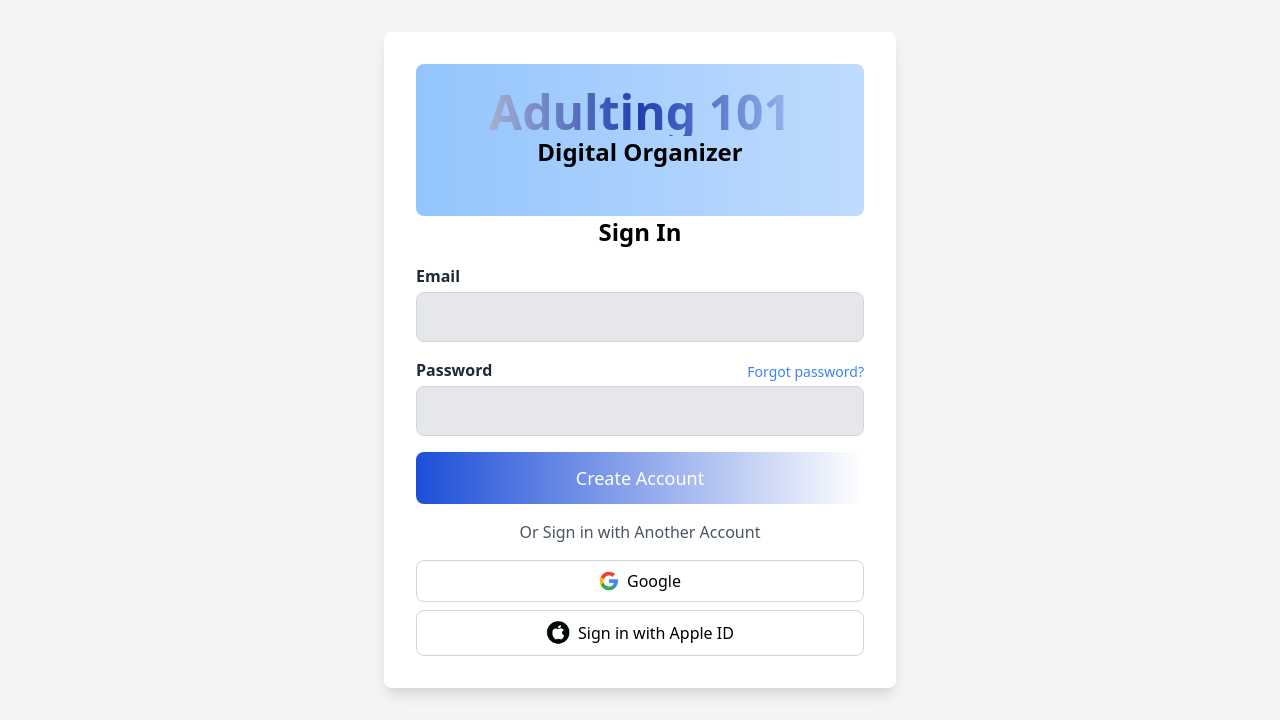
Repository: MercyB19/Russaw_Mercy_Adulting-101_Capstone
Page: index.html
The author's editor kept a copy of each file at every save. The page is drawn from the files as they stood at one save, then again after the next save.
The browser window is 1280 px wide. The pictures show the whole page.
Some web fonts or font styles are not loaded; a fallback is used.

Above is the page before, as saved 2024-07-23 05:46:29.

After the next save:
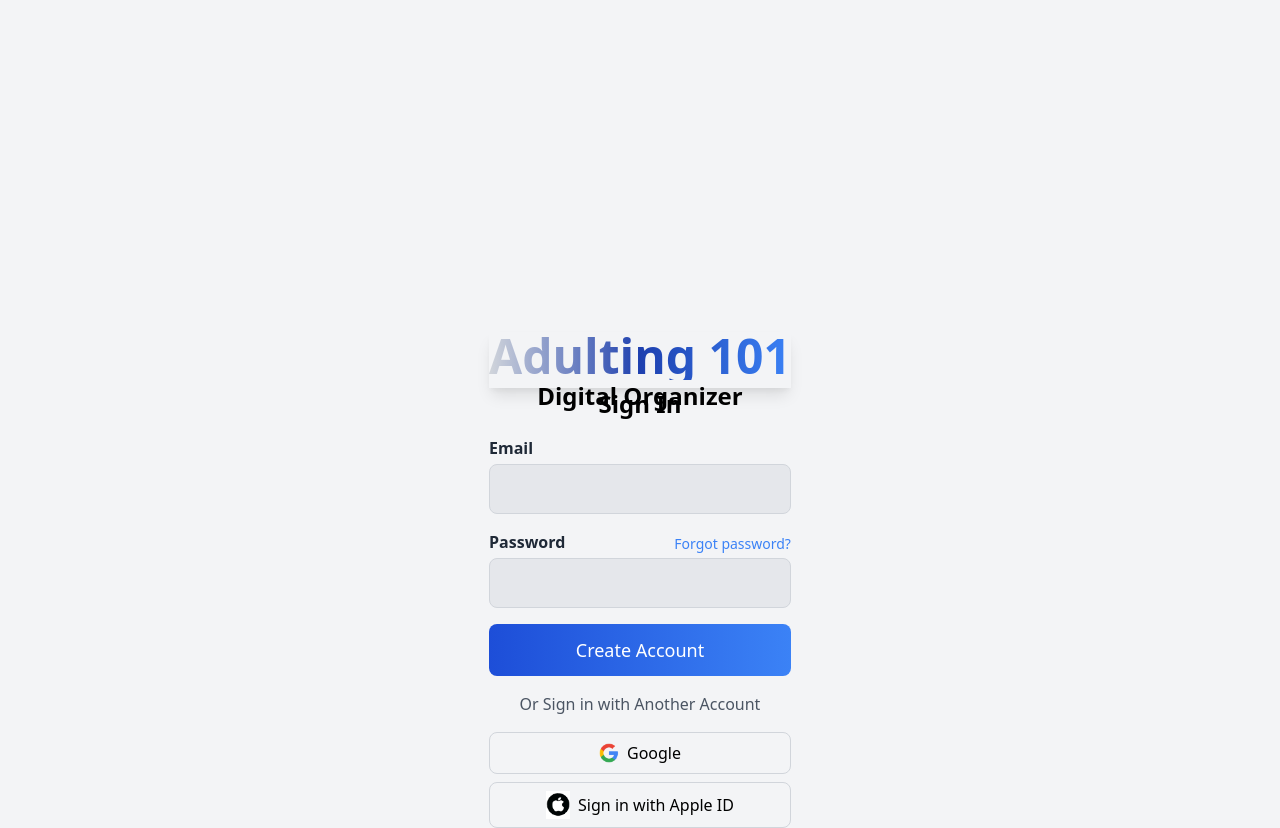
Saved 5 min 53 s later.
--- a/index.html
+++ b/index.html
@@ -10,8 +10,8 @@
   <link rel="stylesheet" href="https://fonts.googleapis.com/css2?family=Poppins:wght@500;700&display=swap" />
 </head>
 <body class="bg-gray-100 flex justify-center items-center min-h-screen">
-  <div class="w-full max-w-lg p-8 bg-white rounded-lg shadow-lg">
-    <div class="bg-gradient-to-r from-blue-300 via-teal-300 to-blue-200 p-6 rounded-lg">
+  <div class="h-14 bg-gradient-to-r from-cyan-500 to-blue-500 shadow-lg">
+    <div class="h-14 bg-gradient-to-r from-sky-500 to-indigo-500rounded-lg">
       <header class="text-center mb-6">
         <div class="text-5xl font-bold text-teal-800 bg-gradient-to-r from-gray-300 via-blue-800 to-teal-800 bg-clip-text text-transparent">Adulting 101</div>
         <div class="text-2xl font-bold text-teal-800">Digital Organizer</div>
